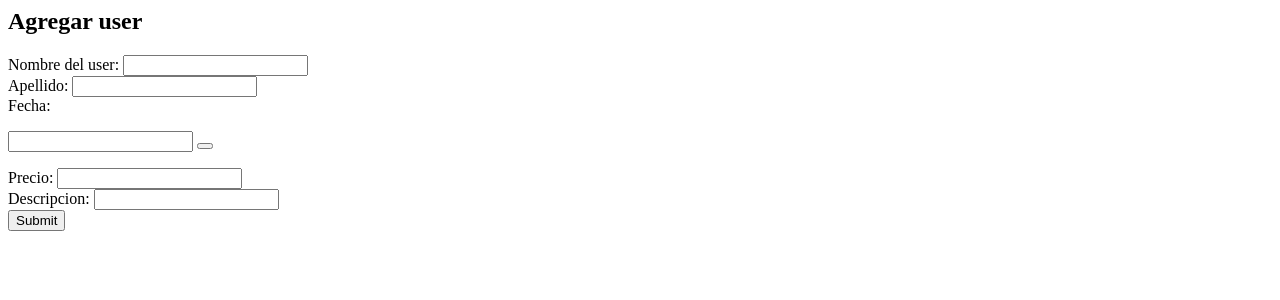
Repository: matucasal/agenda-2018
Page: public/partials/add_user.html
The author's editor kept a record of every edit. The page is drawn from the files as they stood at one moment, then again after the next edit.
The browser window is 1280 px wide. The pictures show the whole page.

Above is the page before.

### public/partials/add_user.html
<div class="section">

    <div class="container">

     <h2>Agregar user</h2>

    <form ng-submit="submit(user)">
        <div class="form-group">
            <label for="nombre">Nombre del user:</label>
            <input type="text" class="form-control" id="nombre" ng-model="user.nombre">
        </div>
        <div class="form-group">
            <label for="direccion">Apellido:</label>
            <input type="text" class="form-control" id="apellido" ng-model="user.apellido">
        </div>
            <label for="fecha">Fecha:</label>
             <p class="input-group">
              <input type="text" ng-model="user.fecha" class="form-control"  id="fecha" datepicker-popup="{{format}}" is-open="opened" datepicker-options="dateOptions" close-text="Close" />
              <span class="input-group-btn">
                <button class="btn btn-default" ng-click="open($user)"><i class="glyphicon glyphicon-calendar"></i></button>
              </span>
            </p>



         <div class="form-group">
            <label for="precio">Precio:</label>
            <input type="double" class="form-control" id="precio" ng-model="user.precio">
        </div>

         <div class="form-group">
            <label for="descripcion">Descripcion:</label>
            <input type="text" class="form-control" id="descripcion" ng-model="user.descripcion">
        </div>


        <button type="submit" class="btn btn-default">Submit</button>
    </form>

    </div>
</div>

After the next edit:
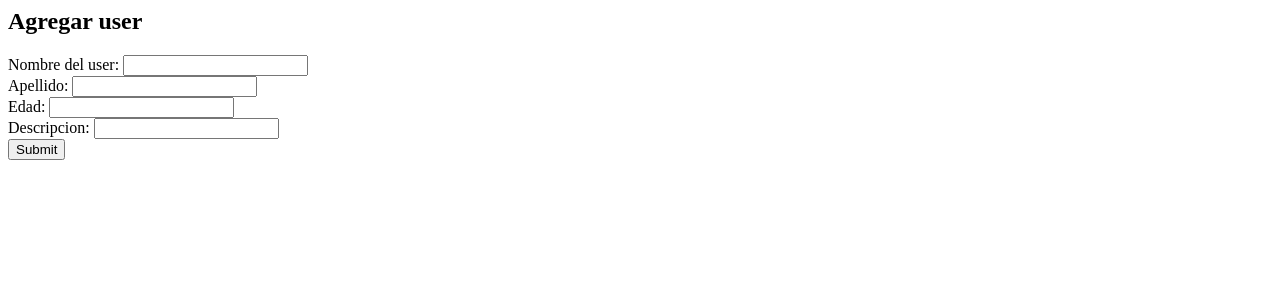
The edit:
--- a/public/partials/add_user.html
+++ b/public/partials/add_user.html
@@ -13,19 +13,11 @@
             <label for="direccion">Apellido:</label>
             <input type="text" class="form-control" id="apellido" ng-model="user.apellido">
         </div>
-            <label for="fecha">Fecha:</label>
-             <p class="input-group">
-              <input type="text" ng-model="user.fecha" class="form-control"  id="fecha" datepicker-popup="{{format}}" is-open="opened" datepicker-options="dateOptions" close-text="Close" />
-              <span class="input-group-btn">
-                <button class="btn btn-default" ng-click="open($user)"><i class="glyphicon glyphicon-calendar"></i></button>
-              </span>
-            </p>
-
 
 
          <div class="form-group">
-            <label for="precio">Precio:</label>
-            <input type="double" class="form-control" id="precio" ng-model="user.precio">
+            <label for="edad">Edad:</label>
+            <input type="number" class="form-control" id="edad" ng-model="user.edad">
         </div>
 
          <div class="form-group">
